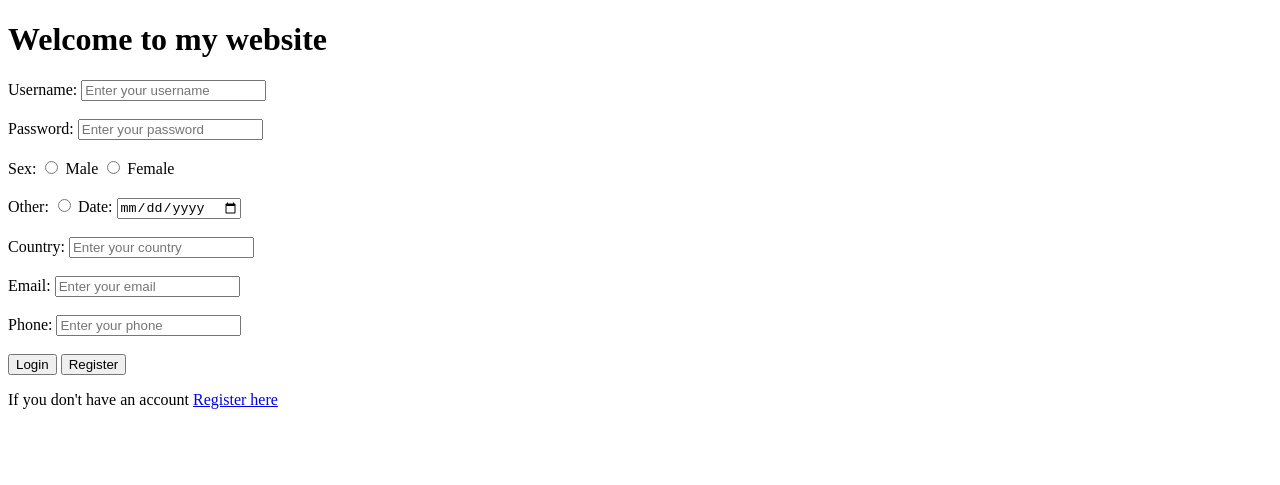
Repository: bao2222/hoc-lam-web
Page: welcome.html
These files come from the project's save history. The page is drawn as it stood at one moment and after the next save; the edit follows.
The browser window is 1280 px wide. The pictures show the whole page.

Above is the page before, as saved 2024-12-24 19:39:12.

After the next save:
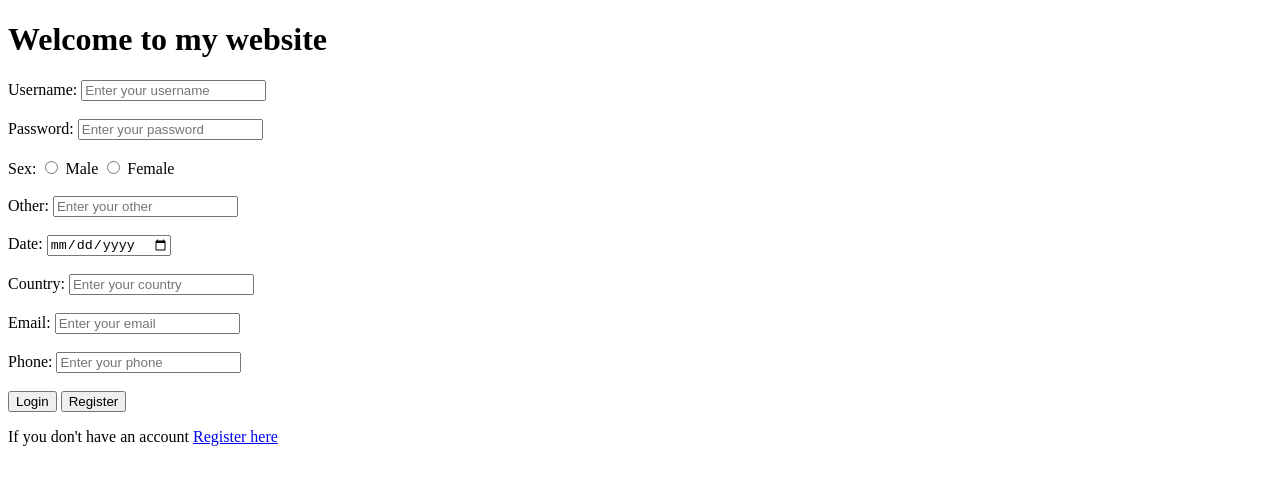
Saved 40 s later.
--- a/welcome.html
+++ b/welcome.html
@@ -28,7 +28,7 @@
                         <input type="radio" id="female" name="sex" value="female">
                         <label for="female">Female</label><br><br>
                         <label for="other">Other:</label>
-                        <input type="radio" id="other" name="sex" value="other">
+                        <input type="text" id="other" name="other" placeholder="Enter your other"><br><br>
 
                         <label for="date">Date:</label>
                         <input type="date" id="date" name="date"><br><br>
